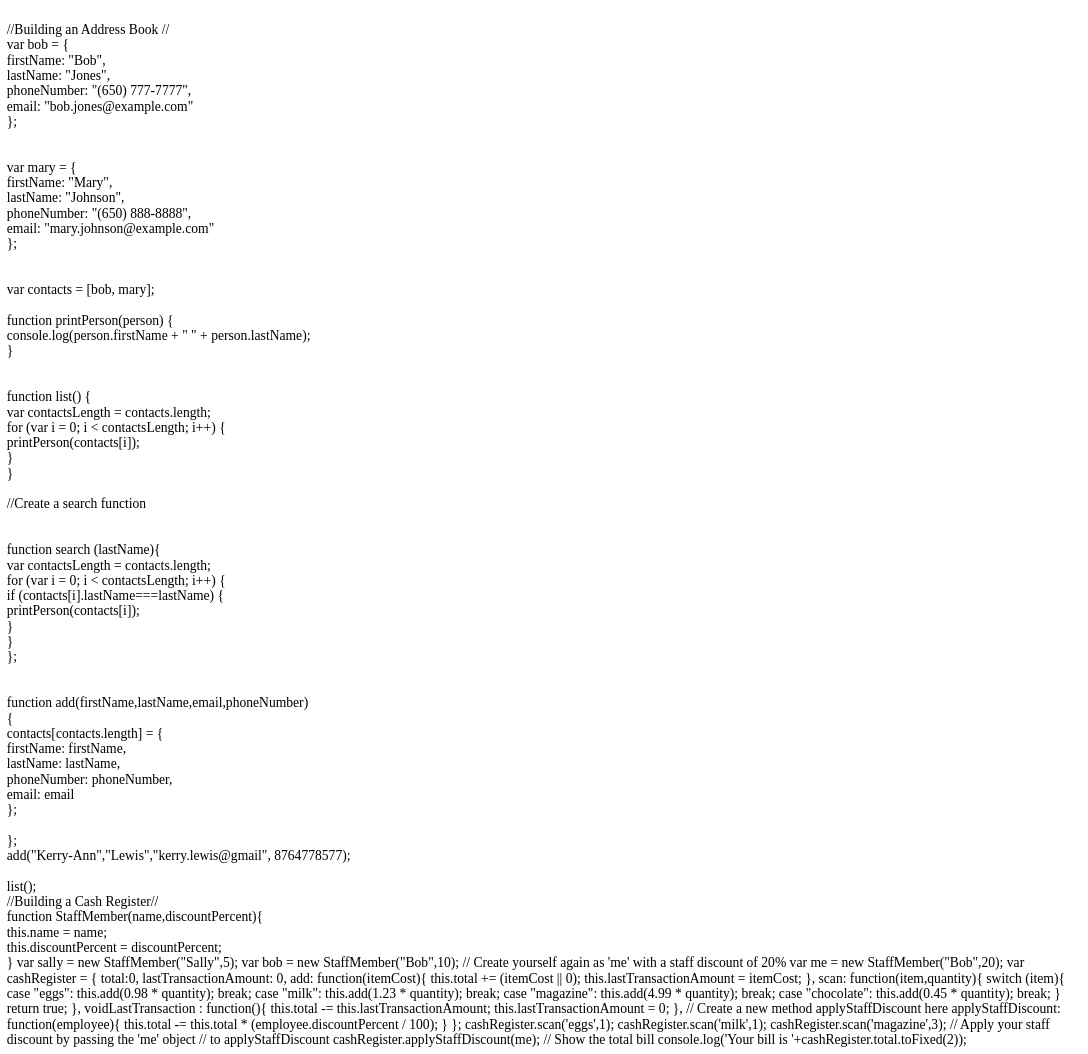
Repository: kernicole/info2180project1
Page: script.html
The author's editor kept a record of every edit. The page is drawn from the files as they stood at one moment, then again after the next edit.
The browser window is 1280 px wide. The pictures show the whole page, at 85% of full size.

Above is the page before.

### script.html
<html>
<title> Script Source Code </title>
<body>
<br/>//Building an Address Book //
<br/>var bob = {
<br/>    firstName: "Bob",
<br/>    lastName: "Jones",
<br/>    phoneNumber: "(650) 777-7777",
<br/>    email: "bob.jones@example.com"
<br/>};
<br/>
<br/>
<br/>var mary = {
<br/>    firstName: "Mary",
<br/>    lastName: "Johnson",
<br/>    phoneNumber: "(650) 888-8888",
<br/>    email: "mary.johnson@example.com"
<br/>};
<br/>
<br/>
<br/>var contacts = [bob, mary];
<br/>
<br/>function printPerson(person) {
<br/>    console.log(person.firstName + " " + person.lastName);
<br/>}
<br/>
<br/>
<br/>function list() {
<br/>	var contactsLength = contacts.length;
<br/>	for (var i = 0; i < contactsLength; i++) {
<br/>		printPerson(contacts[i]);
<br/>	}
<br/>}
<br/>
<br/>//Create a search function
<br/>
<br/>
<br/>function search (lastName){
<br/>   var contactsLength = contacts.length;
<br/>	for (var i = 0; i < contactsLength; i++) {
<br/>	    if (contacts[i].lastName===lastName) {
<br/>	        printPerson(contacts[i]);
<br/>	    }
<br/>	}
<br/>};



<br/>
<br/>

<br/>function add(firstName,lastName,email,phoneNumber)
<br/>{
<br/>    contacts[contacts.length] = {
<br/>    firstName: firstName,
<br/>    lastName: lastName,
<br/>    phoneNumber: phoneNumber,
<br/>    email: email
<br/>};

<br/>


<br/>};


<br/>add("Kerry-Ann","Lewis","kerry.lewis@gmail", 8764778577);
<br/>
<br/>list();






<br/>//Building a Cash Register//



<br/>function StaffMember(name,discountPercent){
<br/>    this.name = name;
 <br/>   this.discountPercent = discountPercent;
<br/>}

var sally = new StaffMember("Sally",5);
var bob = new StaffMember("Bob",10);

// Create yourself again as 'me' with a staff discount of 20%
var me = new StaffMember("Bob",20);

var cashRegister = {
    total:0,
    lastTransactionAmount: 0,
    add: function(itemCost){
        this.total += (itemCost || 0);
        this.lastTransactionAmount = itemCost;
    },
    scan: function(item,quantity){
        switch (item){
        case "eggs": this.add(0.98 * quantity); break;
        case "milk": this.add(1.23 * quantity); break;
        case "magazine": this.add(4.99 * quantity); break;
        case "chocolate": this.add(0.45 * quantity); break;
        }
        return true;
    },
    voidLastTransaction : function(){
        this.total -= this.lastTransactionAmount;
        this.lastTransactionAmount = 0;
    },
    // Create a new method applyStaffDiscount here
    applyStaffDiscount: function(employee){
        this.total -= this.total * (employee.discountPercent / 100);
    }

};

cashRegister.scan('eggs',1);
cashRegister.scan('milk',1);
cashRegister.scan('magazine',3);
// Apply your staff discount by passing the 'me' object
// to applyStaffDiscount
cashRegister.applyStaffDiscount(me);

// Show the total bill
console.log('Your bill is '+cashRegister.total.toFixed(2));
</body>
</html>

After the next edit:
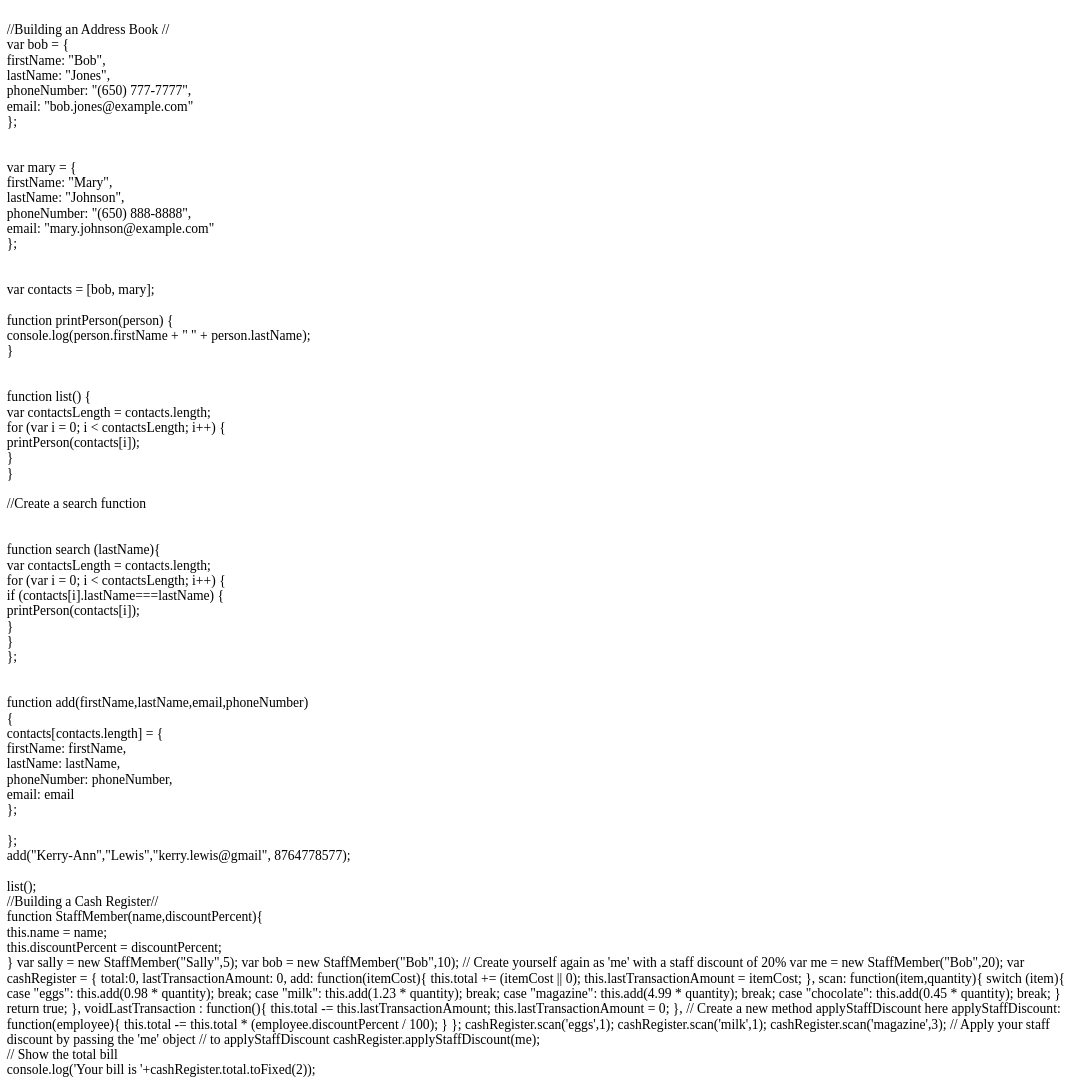
The edit:
--- a/script.html
+++ b/script.html
@@ -122,7 +122,7 @@
 // to applyStaffDiscount
 cashRegister.applyStaffDiscount(me);
 
-// Show the total bill
-console.log('Your bill is '+cashRegister.total.toFixed(2));
+<br/>// Show the total bill
+<br/>console.log('Your bill is '+cashRegister.total.toFixed(2));
 </body>
 </html>
